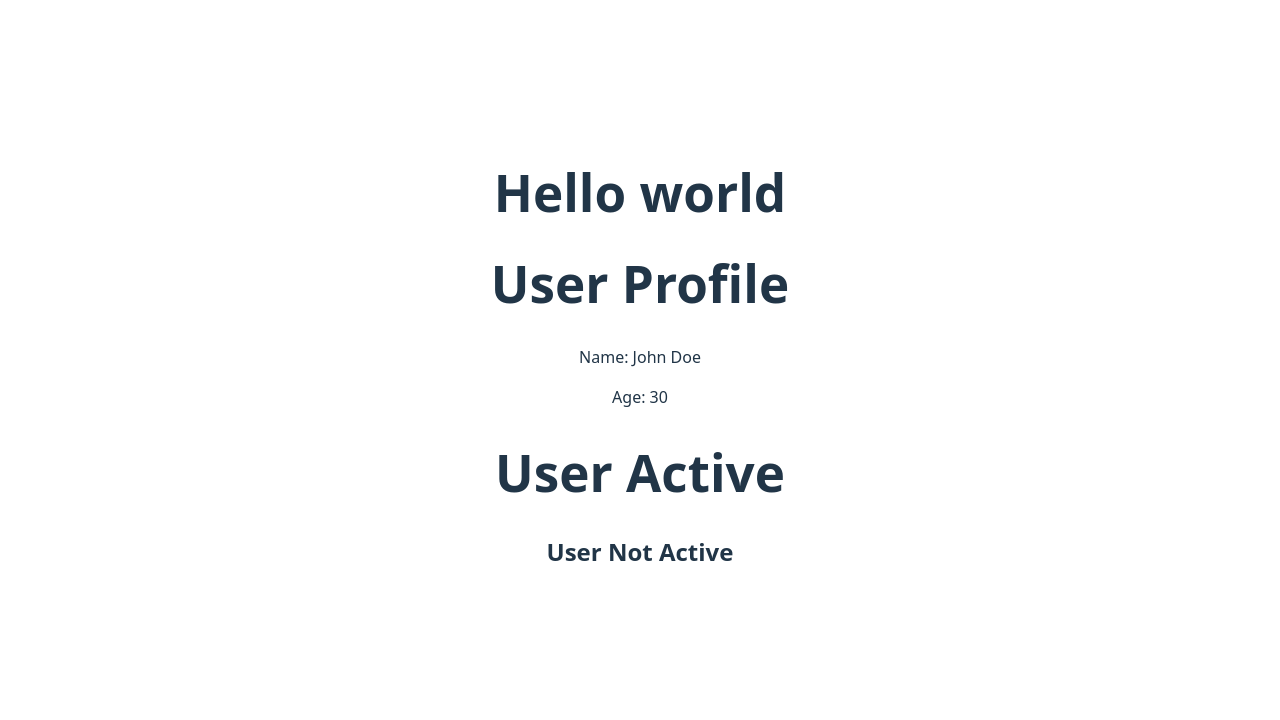
Repository: Janum4444/React-learning
Page: /
The author's editor kept a copy of each file at every save. The page is drawn from the files as they stood at one save, then again after the next save.
The browser window is 1280 px wide. The pictures show the whole page.
The project was rebuilt for these pictures with package versions that can differ from the ones it lists, and the page was loaded fresh each time. Also part of the build but not shown: vite.config.js, src/Button.jsx, src/DynamicToaster.jsx, src/Hello.jsx.

Above is the page before, as saved 2026-02-22 12:42:43.

### src/App.jsx

import './App.css'
import { DynamicToaster } from './DynamicToaster.jsx'
import { Hello } from './Hello.jsx'
import {UserProfile, CustomComponent} from './UserProfile.jsx'

function App() {

  let product = [
    {
      id: 1,
      name: "Product 1",
      price: 100
    },
    {
      id: 2,
      name: "Product 2",
      price: 200
    }
  ]

  return (
    <>
      <div>
        <h1> Hello world</h1>
        <UserProfile />
        {/* <CustomComponent />
        <Hello />   */}
        {/* <DynamicToaster  product={product[0]} />

        {/* //company creation */}
        {/* <DynamicToaster message="Company created successfully!" product={product[0]} label="Company close" temp="temp data" />

        <DynamicToaster message="Role created successfully!" />   */}


      </div>
    </>
  )
}

export default App

### src/UserProfile.jsx


export const UserProfile = () => {
    return (
        <div>
            <h1> User Profile </h1>
            <p>Name: John Doe</p>
            <p>Age: 30</p>
            <h1>User Active</h1>
            <h2>User Not Active</h2>
        </div>
    )
}


export const CustomComponent = () => {
    return (
        <div>
            <h1> Custom Component </h1>
        </div>
    )
}

Loaded but not shown: src/main.jsx (common file); src/index.css (common file); src/App.css (common file)

After the next save:
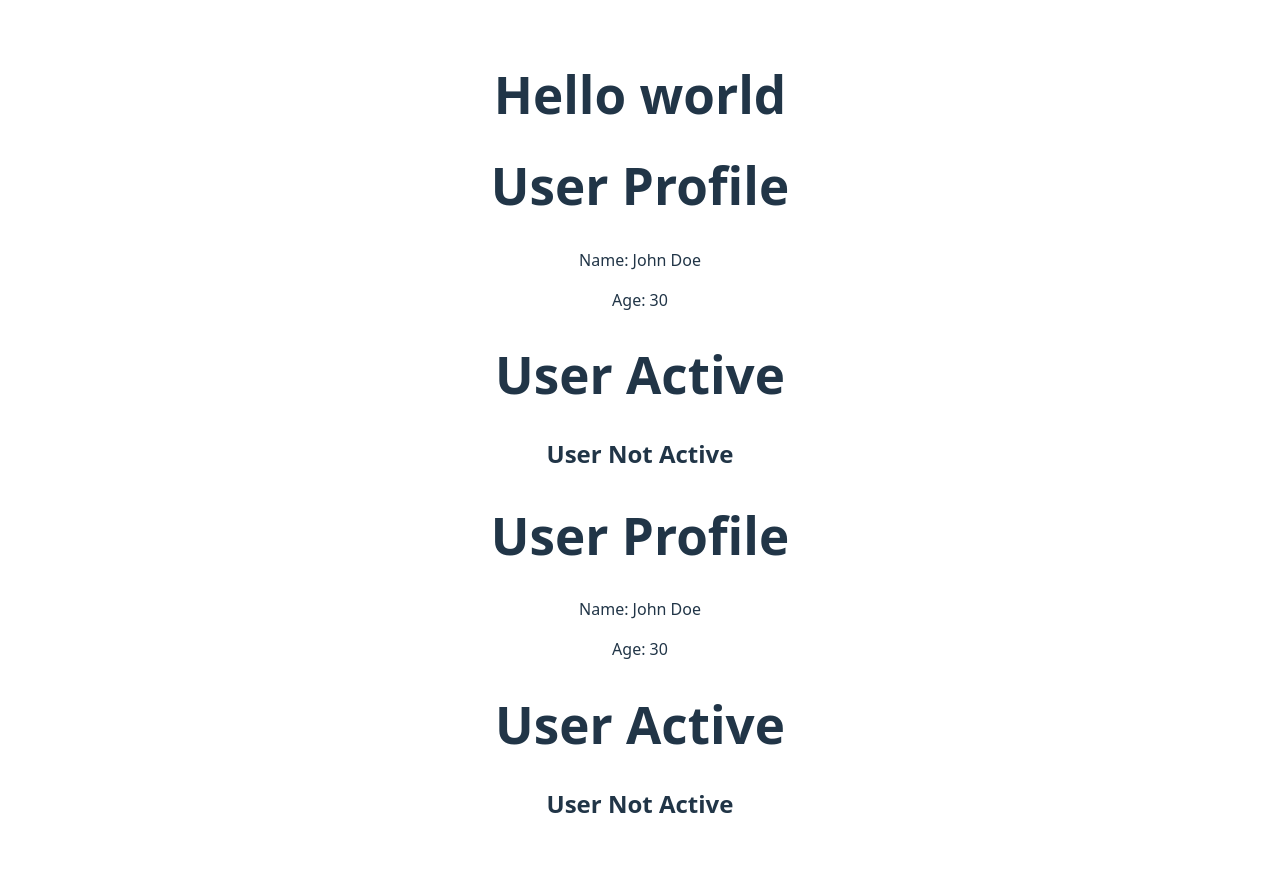
Saved 34 s later.
--- a/src/App.jsx
+++ b/src/App.jsx
@@ -23,7 +23,12 @@ function App() {
     <>
       <div>
         <h1> Hello world</h1>
-        <UserProfile />
+        <UserProfile name="John Doe" age={30} email="john.doe@example.com" isActive={true} />
+        <UserProfile name="John Doe 2" age={40} email="john.doe@example.com" isActive={false} />
+
+
+
+
         {/* <CustomComponent />
         <Hello />   */}
         {/* <DynamicToaster  product={product[0]} />
